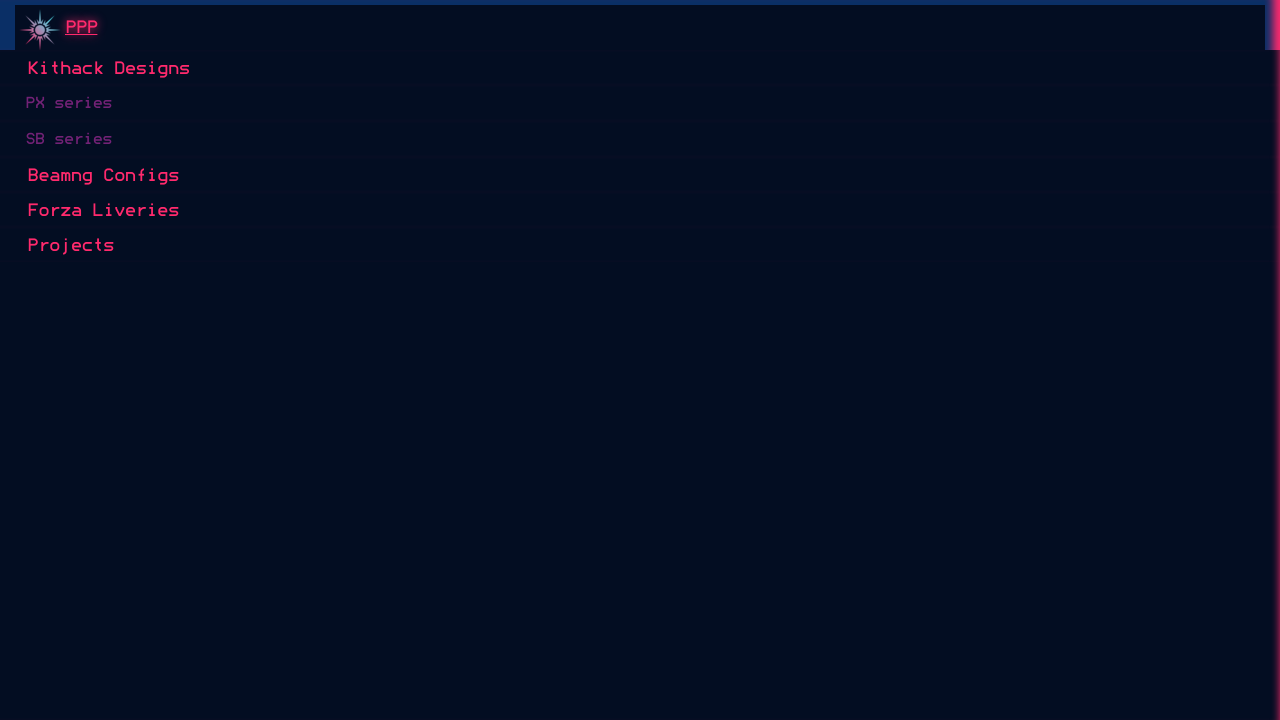
Repository: Pamishly/PamishlysPlayPlace
Page: navbar.html
These files come from the project's save history. The page is drawn as it stood at one moment and after the next save; the edit follows.
The browser window is 1280 px wide. The pictures show the whole page.

Above is the page before, as saved 2024-09-11 21:25:06.

After the next save:
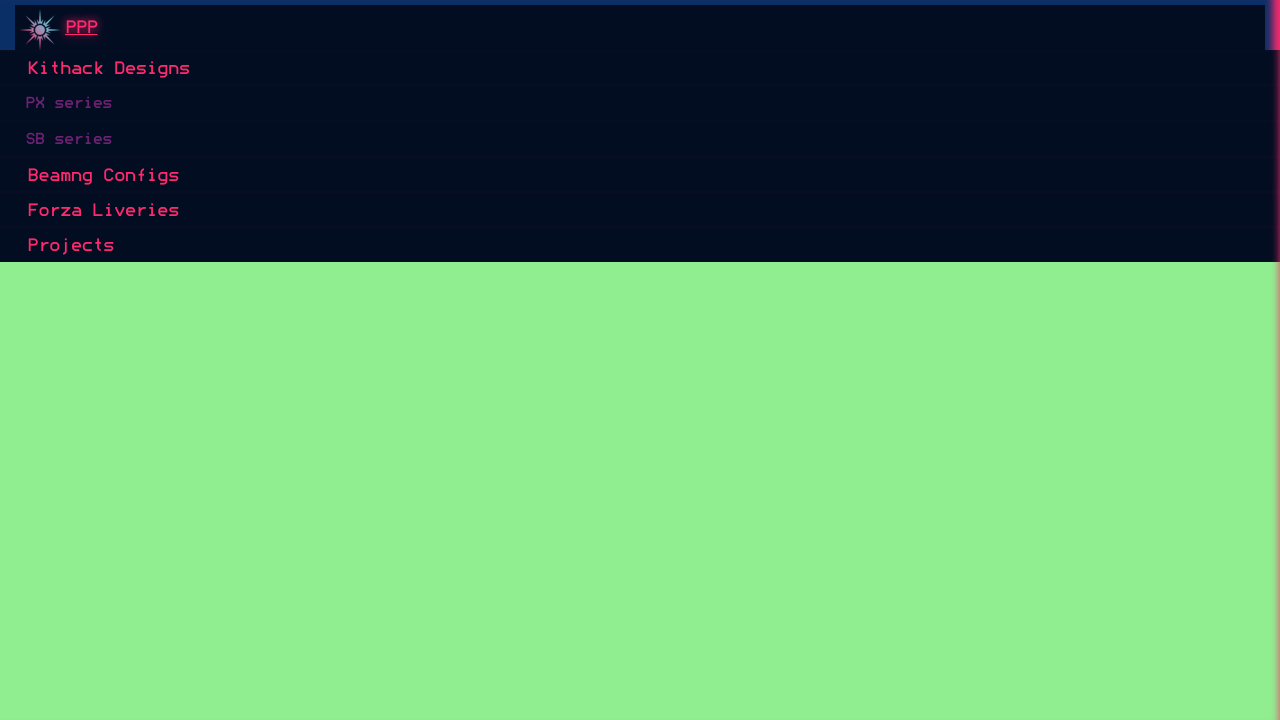
Saved 8 min 58 s later.
--- a/main.css
+++ b/main.css
@@ -8,6 +8,11 @@
     background-color: #030D22;
     box-shadow: inset -8px 0 8px -8px #ff2a6d;
 }
+@media screen and (min-width: 480px) {
+	body {
+	  background-color: lightgreen;
+	}
+  }
 @font-face {
 	font-family: Headers;
 	src: url("Modenine-2OPd.ttf");

After the save that followed:
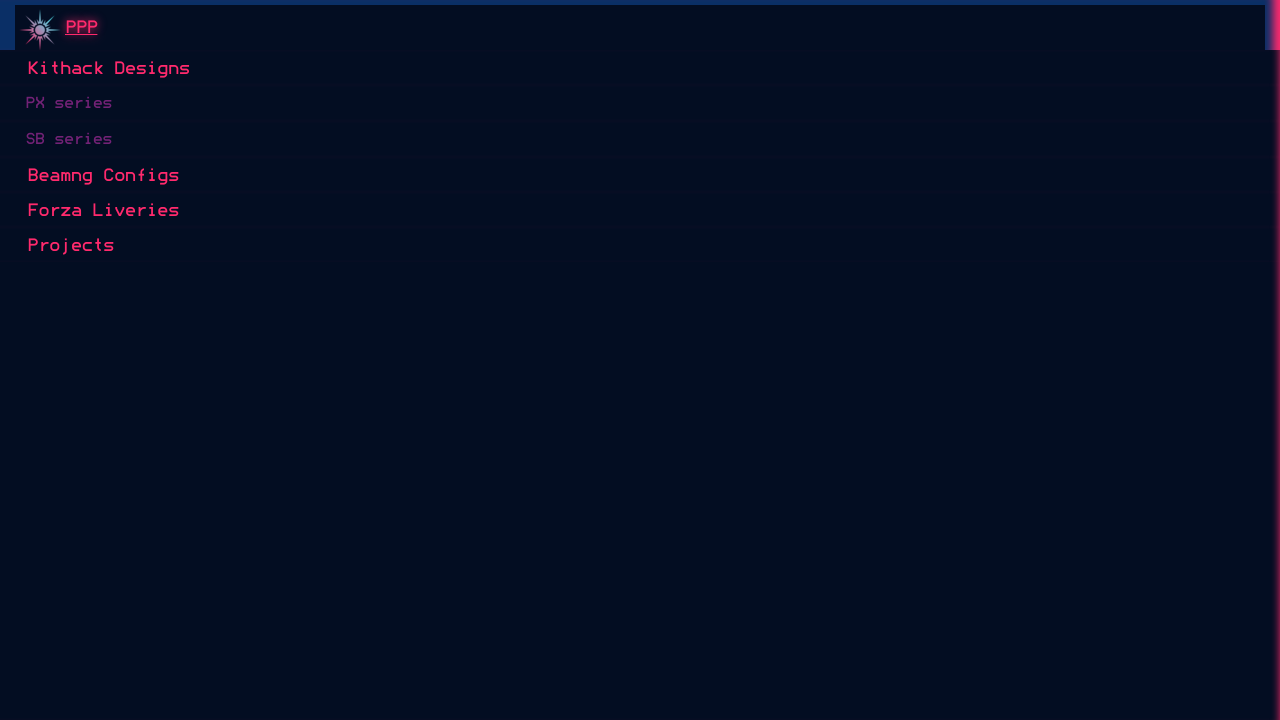
Saved 42 s later.
--- a/main.css
+++ b/main.css
@@ -8,11 +8,6 @@
     background-color: #030D22;
     box-shadow: inset -8px 0 8px -8px #ff2a6d;
 }
-@media screen and (min-width: 480px) {
-	body {
-	  background-color: lightgreen;
-	}
-  }
 @font-face {
 	font-family: Headers;
 	src: url("Modenine-2OPd.ttf");
